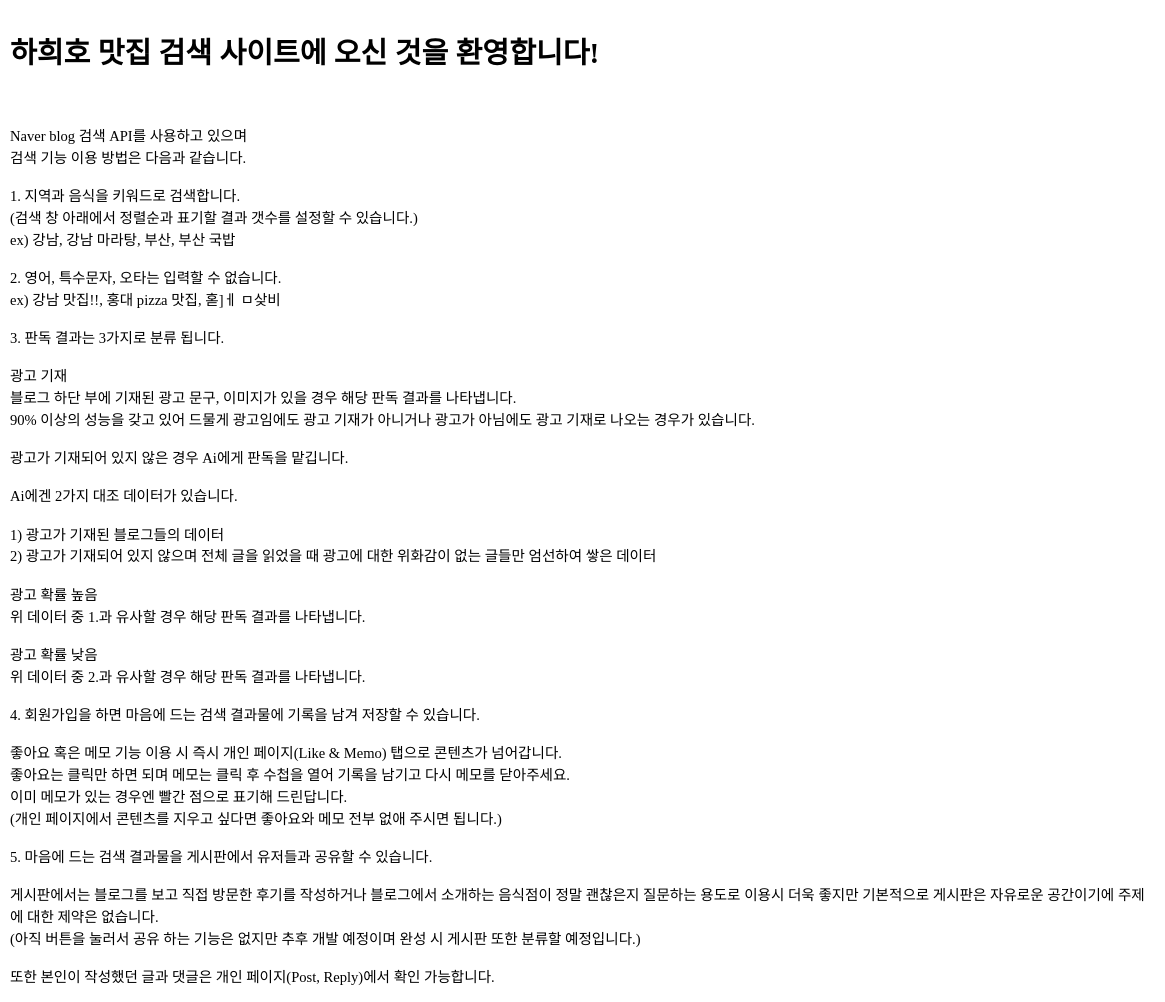
Repository: GOHO97/Haheeho
Page: http://localhost/Haheeho_Adblock/WEB-INF/views/main/main.jsp
These files come from the project's save history. The page is drawn as it stood at one moment and after the next save; the edit follows.
The browser window is 1280 px wide. The pictures show the whole page, at 91% of full size.
The page is served by Tomcat 9. Nobody is signed in. The template is opened directly, without the code that normally fills it, so the values that code supplies are empty.

Above is the page before, as saved 2022-11-11 05:10:35.

After the next save:
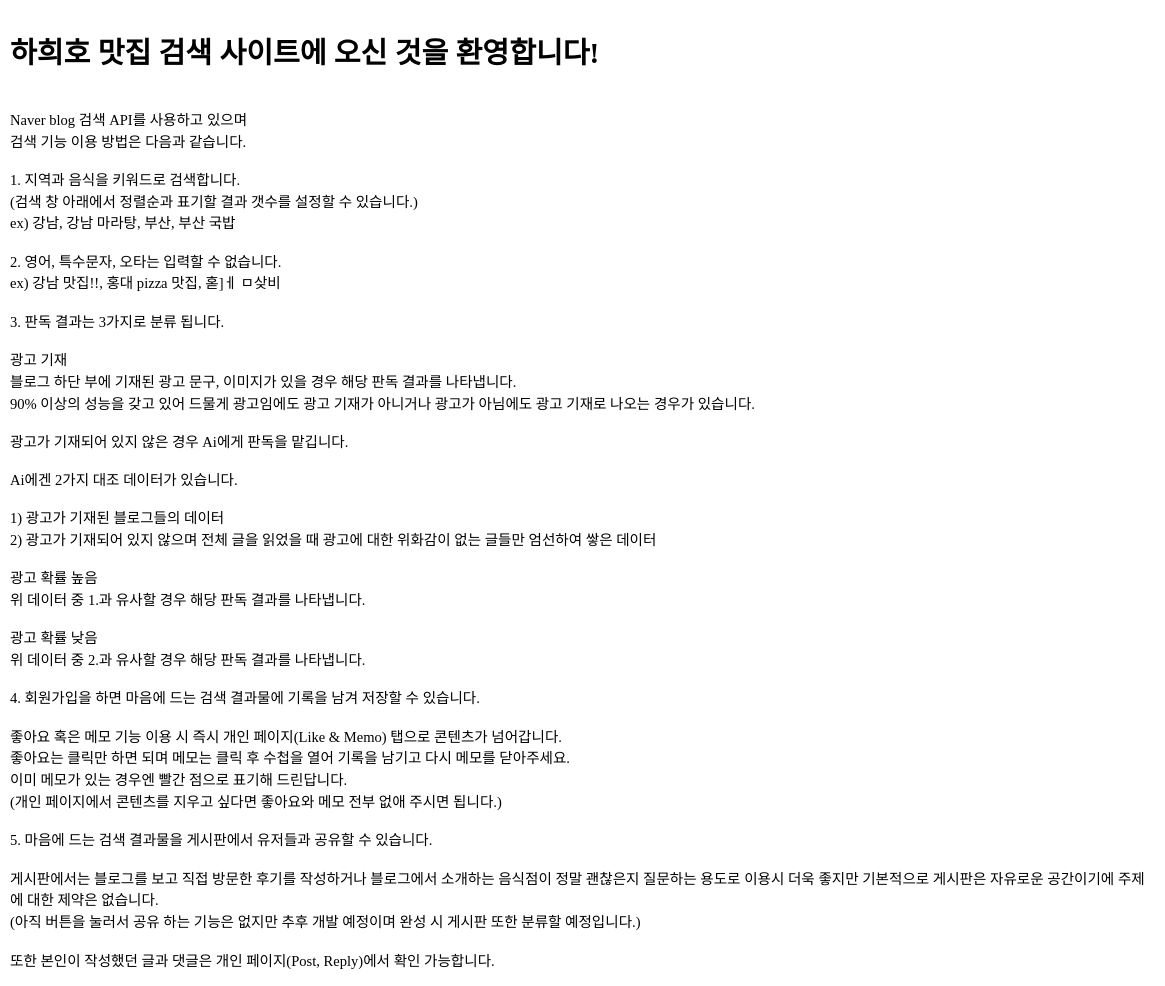
Saved 14 s later.
--- a/Haheeho_Adblock/src/main/webapp/WEB-INF/views/main/main.jsp
+++ b/Haheeho_Adblock/src/main/webapp/WEB-INF/views/main/main.jsp
@@ -12,7 +12,7 @@
 		<table>
 			<tr>
 				<td>
-					<h1>하희호 맛집 검색 사이트에 오신 것을 환영합니다!</h1><br>
+					<h1>하희호 맛집 검색 사이트에 오신 것을 환영합니다!</h1>
 					<br>
 					Naver blog 검색 API를 사용하고 있으며<br>
 					검색 기능 이용 방법은 다음과 같습니다.<br>
